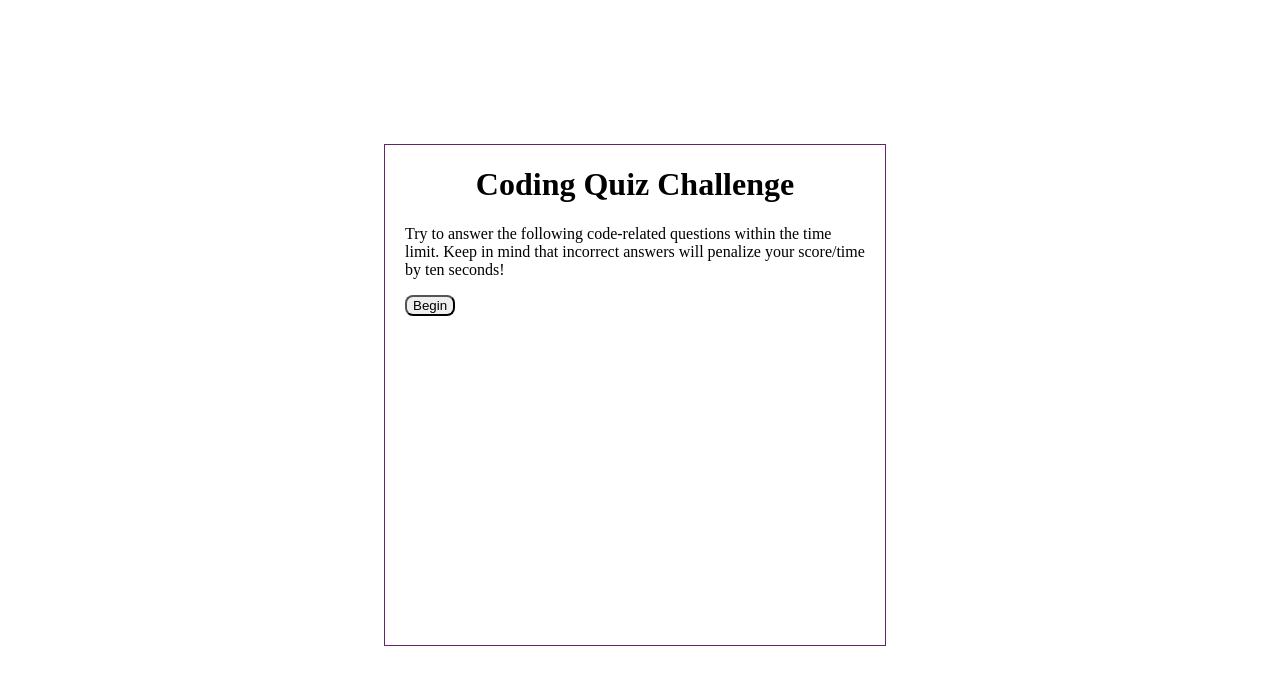
Repository: brenhamp/code-quiz
Page: index.html
An editor plug-in stored every save of this project. The page is shown before and after the next save, followed by the edit.
The browser window is 1280 px wide. The pictures show the whole page.

Above is the page before, as saved 2021-11-28 20:47:38.

### index.html
<!DOCTYPE html>
<html lang="en">
<head>
    <meta charset="UTF-8">
    <meta http-equiv="X-UA-Compatible" content="IE=edge">
    <meta name="viewport" content="width=device-width, initial-scale=1.0">
    <link rel="stylesheet" type="text/css" href="assets/css/style.css">

    <title>Code Quiz</title>

</head>
<body>

    <div id="wrapper">
        <div id="timer">        </div>
            <div id="questionsDiv">
                <h1>Coding Quiz Challenge</h1>
                <p>
                 Try to answer the following code-related questions within the time limit.
                  Keep in mind that incorrect answers will penalize your score/time by ten seconds!

                   <ul id="choiceList"></ul>

                   <button id="startQuiz">Begin</button>
                 </p>
            </div>

    </div>

    <script src="assets/js/quiz.js"></script>
</body>
</html>

### assets/css/style.css
:root {
    --primary-color: rgba(86, 25, 88, 0.938);
    --secondary-color: rgb(102, 102, 102);
}

        #wrapper {
            position: absolute;
            left: 30%;
            top: 20%;
            width: 500px;
            height: 500px;
            border: 1px solid var(--primary-color);
        }
        #startTime {
            background-color: var(--primary-color);
            margin-left: 33%;
            padding: 15px 32px;
            font-size: 20px;
            color: white;
        }
        #questionsDiv {
            margin: 20px;
        }

        #currentTime {
            float: right;
        }

        #goBack {
            background-color: var(--primary-color);
            position: relative;
            padding: 10px;
            font-size: 20px;
            color: white;
            top: 30%;
            left: 55%;
            width: auto;
            text-align: center;
            text-decoration: none;
        }



        #clear {
            background-color: var(--secondary-color);
            position: relative;
            padding: 10px;
            font-size: 20px;
            color: white;
            top: 30%;
            right: 5%;
            text-align: center;
        }

        button {
            border-radius: 8px;
        }

        textarea {
            width: 90%;
            margin: 20px;
        }

        #submitButton {
            background-color: var(--primary-color);
            margin-left: 33%;
            padding: 15px 32px;
            font-size: 20px;
            color: white;
        }

        label {
            margin-right: 10px;
        }
        input {
            margin-bottom: 20px;
            width: 50%;
            border: 1px solid var(--secondary-color);
        }

        h1 {
            text-align: center;
        }

        li {
            background-color: rgb(88, 3, 88);
            margin-top: 10px;
            padding: 5px 15px;
            width: 80%;
            font-size: 18px;
            color: white;
        }

        #responseDiv {
            margin-top: 20px;
            border-top: 1px solid var(--secondary-color);
        }

### assets/js/quiz.js
// array for questions

var questions = [
    {
        question: "What can be stored in an array in JavaScript?",
        choices: ["a. strings", "b. boolean values", "c. other arrays", "d. all of the above"],
        answer: "d. all of the above"

    },

    {
        question: "String values can be denoted by enclosing them in _____.",
        choices: ["a. square braces", "b. curly braces", "c. quotation marks", "d. parentheses"],
        answer: "c. quotation marks"
    },

    {
        question: "What is the difference between == and === in JavaScript?",
        choices: ["a. == checks for value equality, === checks for value and type equality", "b. == checks for type equality, === checks for value and type equality", "c. both of them check for value and type equality, and they function the same", "d. none of the above"],
        answer: "a. == checks for value equality, === checks for value and type equality"
    },

    {
        question: "How do you add a single-line comment in JavaScript?",
        choices: ["a. <!--comment--!>", "b. //comment", "c. /*comment*/", "d. #comment"],
        answer: "b. //comment"
    },

    {
        question: "Which of the following is an example of a DOM event?",
        choices: ["a. click", "b. load", "c. drag", "d. all of the above"],
        answer: "d. all of the above"
    }
];

//contains the score and keeps track of questions asked
var score = 0;
var quizIndex = 0;

// grab elements from HTML

var currentTime = document.querySelector("#timer");
var startQuiz = document.querySelector("#startQuiz");
var questionsDiv = document.querySelector("#questionsDiv");
var wrapper = document.querySelector("#wrapper");

//60 seconds for quiz time
var timeLeft = 61;

//interval time
var intervalTime = 0;

//deduct 5 seconds for wrong answers
var timePenalty = 5;


//timer function

startQuiz.addEventListener("click", function () {
    if (intervalTime === 0) {
        intervalTime = setInterval(function () {
            timeLeft--;
            currentTime.textContent = "Time: " + timeLeft;

            if (timeLeft <= 0) {
                clearInterval(setInterval);
                finishedQuiz ();
                currentTime.textContent = "Time's up!";
            }
    }, 1000);
    }
    render(quizIndex);
});

//creates new unordered lists
var ulCreator = document.createElement ("ul");


//writes questions and choices to the page
function render(quizIndex) {
    //make sure these elements are empty
    questionsDiv.innerHTML = "";
    ulCreator.innerHTML = "";

    for (var i = 0; i < questions.length; i++) {
        var userQuestion = questions[quizIndex].question;
        var userChoices = questions[quizIndex].choices;
        questionsDiv.textContent = userQuestion;
    }

    userChoices.forEach(function (newItem) {
        var listItem = document.createElement("li");
        listItem.textContent = newItem;
        questionsDiv.appendChild(ulCreator);
        ulCreator.appendChild(listItem);
        listItem.addEventListener("click", (grade));
    })
    };

// grade user's selected choice against contents of "answer"
function grade(event) {
    var userAnswer = event.target;

    if(userAnswer.matches("li")) {
        var divCreator = document.createElement("div");
        divCreator.setAttribute("id", "responseDiv");

        //if user's choice matches the answer
        if (userAnswer.textContent == questions[quizIndex].answer) {
            //increase their score
            score++;
            //notify user
            divCreator.textContent = "Correct! The answer is: " + questions[quizIndex].answer;
        }

        //If user is wrong
        else {
            //penalize their time
            timeLeft = timeLeft - timePenalty;
            //notify
            divCreator.textContent = "Wrong! The correct answer is: " + questions[quizIndex].answer;

        }
    }

    //advance to next question

    quizIndex++;

    //finish quiz when questions run out
    if (quizIndex >= questions.length) {
        finishedQuiz ();
        divCreator.textContent = "End of quiz!" + " " + "You got " + score + "/" + questions.length + " correct!";
    }
    else {
        render(quizIndex);
    }
    questionsDiv.appendChild(divCreator);
}


//create landing page when the user finishes the quiz
function finishedQuiz () {
    questionsDiv.innerHTML = "";
    currentTime.innerHTML = "";

       // create h1 to signal to the user the quiz is done
       var h1Creator = document.createElement("h1");
       h1Creator.setAttribute("id", "h1Creator");
       h1Creator.textContent = "All Done!"

       questionsDiv.appendChild(h1Creator);

       //p element to hold final score
       var paragraphCreator = document.createElement("p");
       paragraphCreator.setAttribute("id", "createdParagraph");

       questionsDiv.appendChild(paragraphCreator);

       if (timeLeft >= 0) {
           var timeRemaining = timeLeft;
           var paragraphCreator2 = document.createElement("p");
           paragraphCreator2.setAttribute("id", "createdParagraph2");
           clearInterval(intervalTime);
           createdParagraph.textContent = "Your final score is: " + timeRemaining;
           questionsDiv.appendChild(paragraphCreator2);
       }

       //label for user's initials
       var labelCreator = document.createElement("label");
       labelCreator.setAttribute("id", "createdLabel");
       labelCreator.textContent = "Please enter your initials: ";

       questionsDiv.appendChild(labelCreator);

       //input for user to enter their initials
       var inputCreator = document.createElement("input");
       inputCreator.setAttribute("type", "text");
       inputCreator.setAttribute("id", "initial")
       inputCreator.textContent = "";

       questionsDiv.appendChild(inputCreator);

       //submit button
       var submitButton = document.createElement("button");
       submitButton.setAttribute("type", "text");
       submitButton.setAttribute("id", "submitButton");

       questionsDiv.appendChild(submitButton);

       //local storage for initials and score
       submitButton.addEventListener("click", function () {
           var initials = inputCreator.value;

           if (initials === null) {
               alert("No value entered!");
           }

           else {
               var finalScore = {initials: initials, score: timeRemaining};
               var highScores = localStorage.getItem("highScores");
               if (highScores === null) {
                   highScores = [];
               }
               else {
                   highScores = JSON.parse(highScores);
               }
               highScores.push(finalScore);
               var newScore = JSON.stringify(highScores);
               localStorage.setItem("highScores", newScore);
               window.location.replace ("./HighScores.html");
           }
       });

}

After the next save:
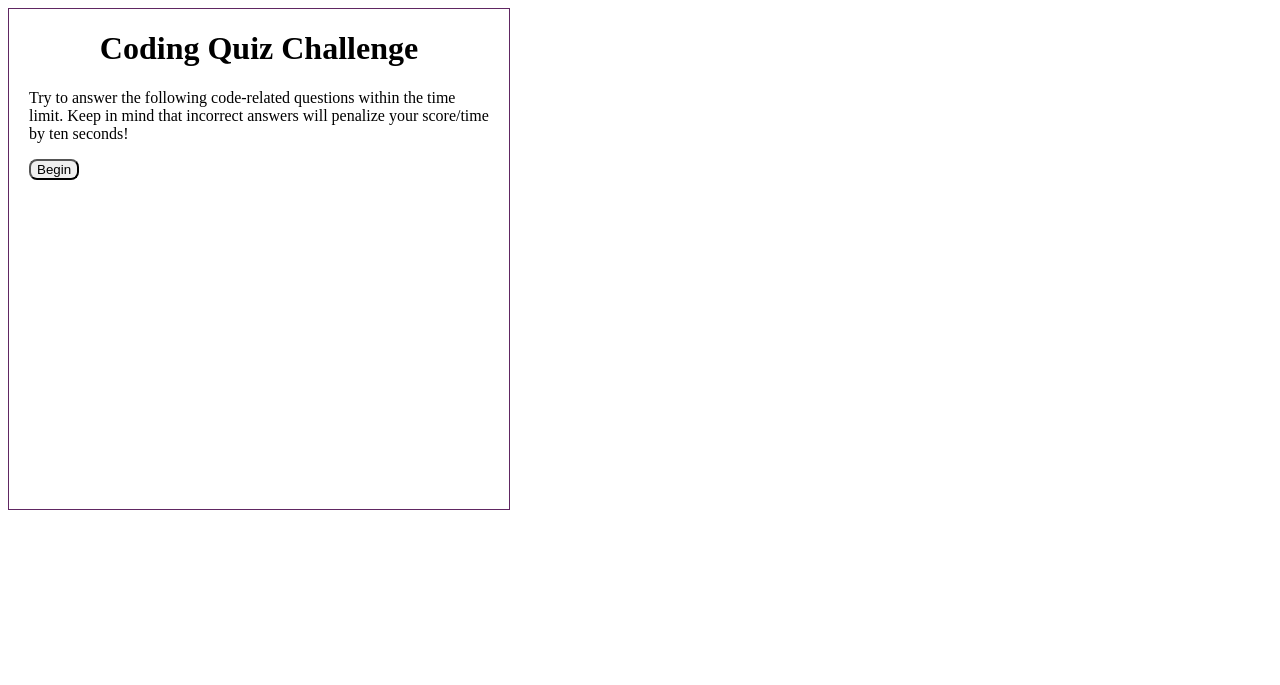
Saved 3 min 53 s later.
--- a/assets/css/style.css
+++ b/assets/css/style.css
@@ -4,9 +4,7 @@
 }
 
         #wrapper {
-            position: absolute;
-            left: 30%;
-            top: 20%;
+            align-items: center;
             width: 500px;
             height: 500px;
             border: 1px solid var(--primary-color);
